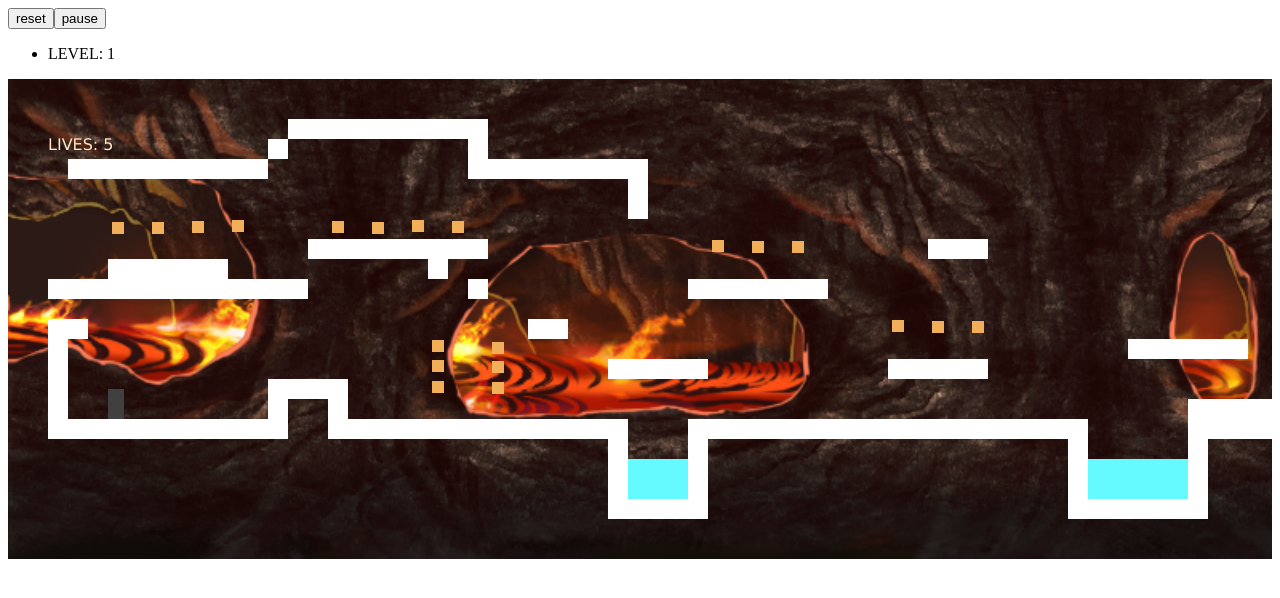
Repository: luccas-teddy/examenlucas
Page: index.html
The author's editor kept a copy of each file at every save. The page is drawn from the files as they stood at one save, then again after the next save.
The browser window is 1280 px wide. The pictures show the whole page.

Above is the page before, as saved 2021-02-18 03:02:08.

### index.html
<!doctype html>
<table>
<tr>
  <button id="reset" class="gamebutton" onclick="this.blur();">reset</button>
  <button id="pause" class="gamebutton" onclick="this.blur();">pause</button>
</tr>


<ul>
  <li id="lives" class="statss">LIVES: 5</li>
  <li id="level" class="stats">LEVEL: 1</li>
</ul>
</table>


<script src="code/chapter/16_game.js"></script>
<script src="code/levels.js"></script>

<link rel="stylesheet" href="css/game.css">

<body>
  <script>
    runGame(GAME_LEVELS, DOMDisplay);
  </script>
</body>

### code/chapter/16_game.js
var simpleLevelPlan = `
......................
..#................#..
..#..............=.#..
..#.........o.o....#..
..#.@......#####...#..
..#####............#..
......#++++++++++++#..
......##############..
......................`;

var Level = class Level {
  constructor(plan) {
    let rows = plan.trim().split("\n").map(l => [...l]);
    this.height = rows.length;
    this.width = rows[0].length;
    this.startActors = [];

    this.rows = rows.map((row, y) => {
      return row.map((ch, x) => {
        let type = levelChars[ch];
        if (typeof type == "string") return type;
        this.startActors.push(
          type.create(new Vec(x, y), ch));
        return "empty";
      });
    });
  }
}

var State = class State {
  constructor(level, actors, status) {
    this.level = level;
    this.actors = actors;
    this.status = status;
  }

  static start(level) {
    return new State(level, level.startActors, "playing");
  }

  get player() {
    return this.actors.find(a => a.type == "player");
  }
}

var Vec = class Vec {
  constructor(x, y) {
    this.x = x; this.y = y;
  }
  plus(other) {
    return new Vec(this.x + other.x, this.y + other.y);
  }
  times(factor) {
    return new Vec(this.x * factor, this.y * factor);
  }
}

var Player = class Player {
  constructor(pos, speed) {
    this.pos = pos;
    this.speed = speed;
  }

  get type() { return "player"; }

  static create(pos) {
    return new Player(pos.plus(new Vec(0, -0.5)),
                      new Vec(0, 0));
  }
}

Player.prototype.size = new Vec(0.8, 1.5);

var Lava = class Lava {
  constructor(pos, speed, reset) {
    this.pos = pos;
    this.speed = speed;
    this.reset = reset;
  }

  get type() { return "lava"; }

  static create(pos, ch) {
    if (ch == "=") {
      return new Lava(pos, new Vec(2, 0));
    } else if (ch == "|") {
      return new Lava(pos, new Vec(0, 2));
    } else if (ch == "v") {
      return new Lava(pos, new Vec(0, 3), pos);
    }
  }
}

Lava.prototype.size = new Vec(1, 1);

var Coin = class Coin {
  constructor(pos, basePos, wobble) {
    this.pos = pos;
    this.basePos = basePos;
    this.wobble = wobble;
  }

  get type() { return "coin"; }

  static create(pos) {
    let basePos = pos.plus(new Vec(0.2, 0.1));
    return new Coin(basePos, basePos,
                    Math.random() * Math.PI * 2);
  }
}

Coin.prototype.size = new Vec(0.6, 0.6);

var levelChars = {
  ".": "empty", "#": "wall", "+": "lava",
  "@": Player, "o": Coin,
  "=": Lava, "|": Lava, "v": Lava
};

var simpleLevel = new Level(simpleLevelPlan);

function elt(name, attrs, ...children) {
  let dom = document.createElement(name);
  for (let attr of Object.keys(attrs)) {
    dom.setAttribute(attr, attrs[attr]);
  }
  for (let child of children) {
    dom.appendChild(child);
  }
  return dom;
}

var DOMDisplay = class DOMDisplay {
  constructor(parent, level) {
    this.dom = elt("div", {class: "game"}, drawGrid(level));
    this.actorLayer = null;
    parent.appendChild(this.dom);
  }

  clear() { this.dom.remove(); }
}

var scale = 20;

function drawGrid(level) {
  return elt("table", {
    class: "background",
    style: `width: ${level.width * scale}px`
  }, ...level.rows.map(row =>
    elt("tr", {style: `height: ${scale}px`},
        ...row.map(type => elt("td", {class: type})))
  ));
}

function drawActors(actors) {
  return elt("div", {}, ...actors.map(actor => {
    let rect = elt("div", {class: `actor ${actor.type}`});
    rect.style.width = `${actor.size.x * scale}px`;
    rect.style.height = `${actor.size.y * scale}px`;
    rect.style.left = `${actor.pos.x * scale}px`;
    rect.style.top = `${actor.pos.y * scale}px`;
    return rect;
  }));
}

DOMDisplay.prototype.syncState = function(state) {
  if (this.actorLayer) this.actorLayer.remove();
  this.actorLayer = drawActors(state.actors);
  this.dom.appendChild(this.actorLayer);
  this.dom.className = `game ${state.status}`;
  this.scrollPlayerIntoView(state);
};

DOMDisplay.prototype.scrollPlayerIntoView = function(state) {
  let width = this.dom.clientWidth;
  let height = this.dom.clientHeight;
  let margin = width / 3;

  // The viewport
  let left = this.dom.scrollLeft, right = left + width;
  let top = this.dom.scrollTop, bottom = top + height;

  let player = state.player;
  let center = player.pos.plus(player.size.times(0.5))
                         .times(scale);

  if (center.x < left + margin) {
    this.dom.scrollLeft = center.x - margin;
  } else if (center.x > right - margin) {
    this.dom.scrollLeft = center.x + margin - width;
  }
  if (center.y < top + margin) {
    this.dom.scrollTop = center.y - margin;
  } else if (center.y > bottom - margin) {
    this.dom.scrollTop = center.y + margin - height;
  }
};

Level.prototype.touches = function(pos, size, type) {
  var xStart = Math.floor(pos.x);
  var xEnd = Math.ceil(pos.x + size.x);
  var yStart = Math.floor(pos.y);
  var yEnd = Math.ceil(pos.y + size.y);

  for (var y = yStart; y < yEnd; y++) {
    for (var x = xStart; x < xEnd; x++) {
      let isOutside = x < 0 || x >= this.width ||
                      y < 0 || y >= this.height;
      let here = isOutside ? "wall" : this.rows[y][x];
      if (here == type) return true;
    }
  }
  return false;
};

State.prototype.update = function(time, keys) {
  let actors = this.actors
    .map(actor => actor.update(time, this, keys));
  let newState = new State(this.level, actors, this.status);

  if (newState.status != "playing") return newState;

  let player = newState.player;
  if (this.level.touches(player.pos, player.size, "lava")) {
    return new State(this.level, actors, "lost");
  }

  for (let actor of actors) {
    if (actor != player && overlap(actor, player)) {
      newState = actor.collide(newState);
    }
  }
  return newState;
};

function overlap(actor1, actor2) {
  return actor1.pos.x + actor1.size.x > actor2.pos.x &&
         actor1.pos.x < actor2.pos.x + actor2.size.x &&
         actor1.pos.y + actor1.size.y > actor2.pos.y &&
         actor1.pos.y < actor2.pos.y + actor2.size.y;
}

Lava.prototype.collide = function(state) {
  return new State(state.level, state.actors, "lost");
};

Coin.prototype.collide = function(state) {
  let filtered = state.actors.filter(a => a != this);
  let status = state.status;
  if (!filtered.some(a => a.type == "coin")) status = "won";
  return new State(state.level, filtered, status);
};

Lava.prototype.update = function(time, state) {
  let newPos = this.pos.plus(this.speed.times(time));
  if (!state.level.touches(newPos, this.size, "wall")) {
    return new Lava(newPos, this.speed, this.reset);
  } else if (this.reset) {
    return new Lava(this.reset, this.speed, this.reset);
  } else {
    return new Lava(this.pos, this.speed.times(-1));
  }
};

var wobbleSpeed = 8, wobbleDist = 0.07;

Coin.prototype.update = function(time) {
  let wobble = this.wobble + time * wobbleSpeed;
  let wobblePos = Math.sin(wobble) * wobbleDist;
  return new Coin(this.basePos.plus(new Vec(0, wobblePos)),
                  this.basePos, wobble);
};

var playerXSpeed = 7;
var gravity = 30;
var jumpSpeed = 17;

Player.prototype.update = function(time, state, keys) {
  let xSpeed = 0;
  if (keys.ArrowLeft) xSpeed -= playerXSpeed;
  if (keys.ArrowRight) xSpeed += playerXSpeed;
  let pos = this.pos;
  let movedX = pos.plus(new Vec(xSpeed * time, 0));
  if (!state.level.touches(movedX, this.size, "wall")) {
    pos = movedX;
  }

  let ySpeed = this.speed.y + time * gravity;
  let movedY = pos.plus(new Vec(0, ySpeed * time));
  if (!state.level.touches(movedY, this.size, "wall")) {
    pos = movedY;
  } else if (keys.ArrowUp && ySpeed > 0) {
    ySpeed = -jumpSpeed;
  } else {
    ySpeed = 0;
  }
  return new Player(pos, new Vec(xSpeed, ySpeed));
};

function trackKeys(keys) {
  let down = Object.create(null);
  function track(event) {
    if (keys.includes(event.key)) {
      down[event.key] = event.type == "keydown";
      event.preventDefault();
    }
  }
  window.addEventListener("keydown", track);
  window.addEventListener("keyup", track);
  return down;
}

var arrowKeys =
  trackKeys(["ArrowLeft", "ArrowRight", "ArrowUp"]);

function runAnimation(frameFunc) {
  let lastTime = null;
  function frame(time) {
    if (lastTime != null) {
      let timeStep = Math.min(time - lastTime, 100) / 1000;
      if (frameFunc(timeStep) === false) return;
    }
    lastTime = time;
    requestAnimationFrame(frame);
  }
  requestAnimationFrame(frame);
}

function runLevel(level, Display) {
  let display = new Display(document.body, level);
  let state = State.start(level);
  let ending = 1;
  return new Promise(resolve => {
    runAnimation(time => {
      state = state.update(time, arrowKeys);
      display.syncState(state);
      if (state.status == "playing") {
        return true;
      } else if (ending > 0) {
        ending -= time;
        return true;
      } else {
        display.clear();
        resolve(state.status);
        return false;
      }
    });
  });
}

async function runGame(plans, Display) {
  for (let level = 0; level < plans.length;) {
    let status = await runLevel(new Level(plans[level]),
                                Display);
    if (status == "won") level++;
  }
  console.log("You've won!");
}

### css/game.css
.background    { background-image:url(9d.png);
}

 .background     {background :rgb (55, 167, 250)
                  background-image:url(taza.jpg);
                  background-repeat :no-repeat;
                  background-size: cover ;
                   table-layout: fixed;
                   border-spacing:  0;   }

.background td   { padding: 0;   }
.lava            { background: rgb(100, 250, 255); }
.wall            { background: rgb(255, 255, 255);   }

.actor  { position: absolute;  }

.coin   { background: rgb(241, 175, 89); }
.player { background: rgb(64, 64, 64); }

.game {
  overflow: hidden;
  max-width: 1500px;
  max-height: 820px;
  position: relative;
}

.lost .player {
  background: rgb(64, 106, 160);
}
.won .player {
  box-shadow: -4px -7px 8px white, 4px -7px 8px white;
}
stats{
     list-style-type: none;
  font-family: "jack Sans", "Lucida Sans Regular", "jack Grande",
    "jak Sans Unicode", Geneva, Verdana, sans-serif;
  text-transform: uppercase;
  color: rgb(199, 300, 255);
  z-index: 10;
  position: absolute;
  text-align: left;
  margin-top: 50px;
}
.statss{
   list-style-type: none;
  font-family: "Lucida Sans", "Lucida Sans Regular", "Lucida Grande",
    "jack Sans Unicode", Geneva, Verdana, sans-serif;
  text-transform: uppercase;
  color: bisque;
  z-index: 11;
  position: absolute;
  text-align: left;
  margin-top: 90px;
}

Loaded but not shown: code/levels.js (221 lines, source omitted)

After the next save:
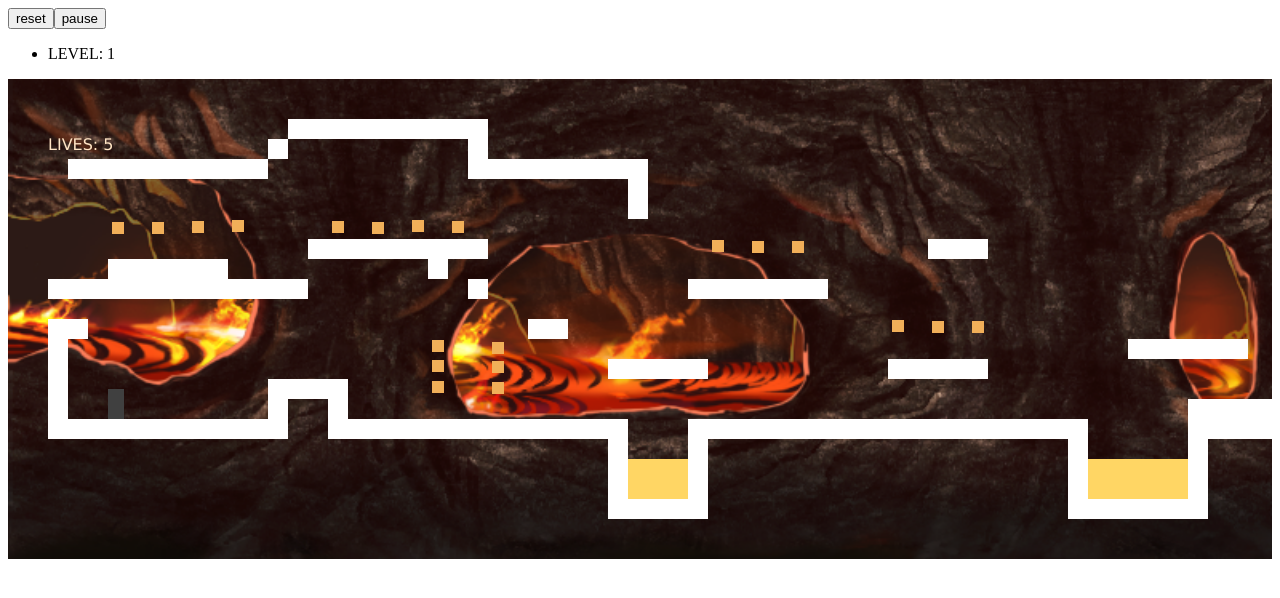
Saved 28 s later.
--- a/css/game.css
+++ b/css/game.css
@@ -9,7 +9,7 @@
                    border-spacing:  0;   }
 
 .background td   { padding: 0;   }
-.lava            { background: rgb(100, 250, 255); }
+.lava            { background: rgb(255, 214, 100); }
 .wall            { background: rgb(255, 255, 255);   }
 
 .actor  { position: absolute;  }
